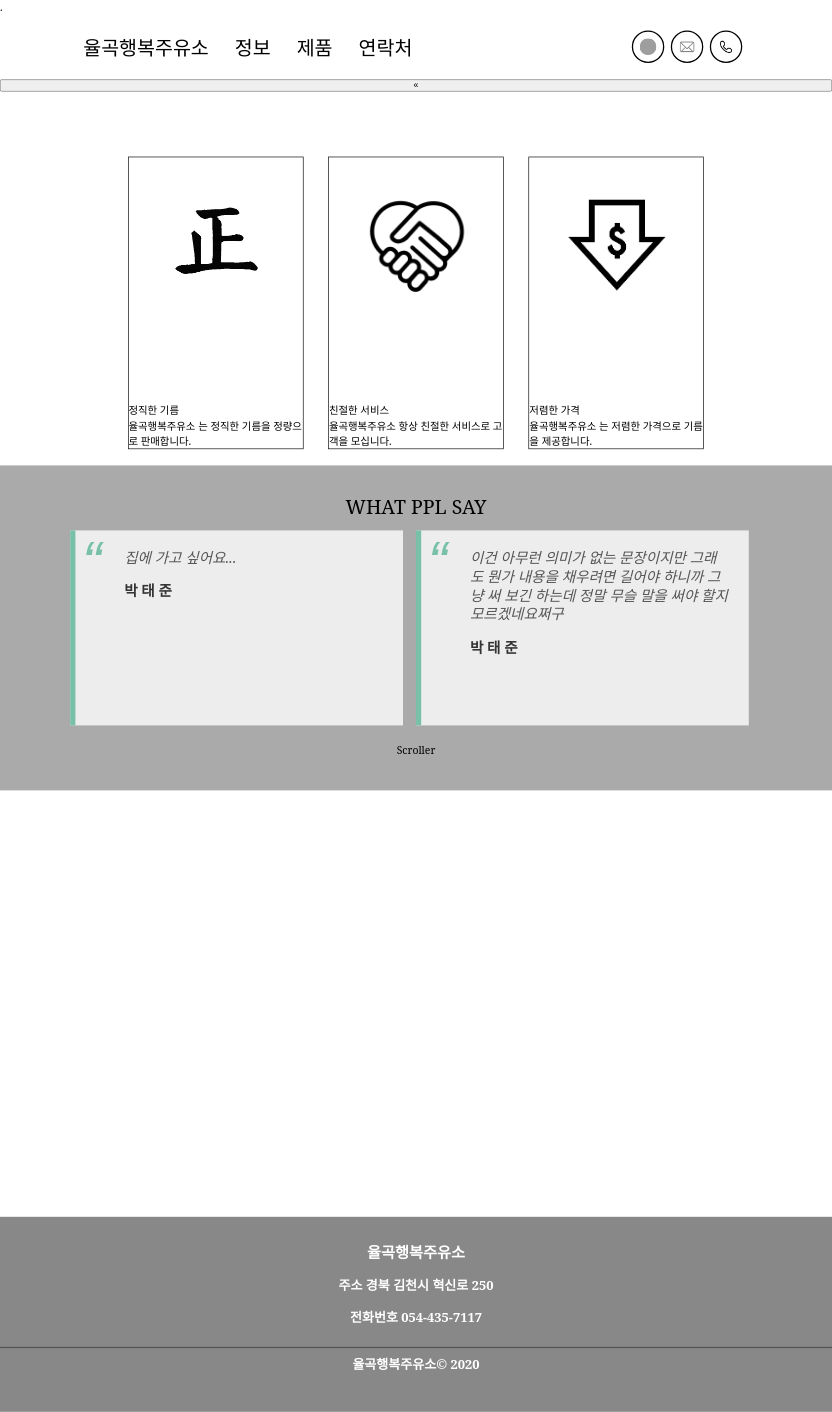
Repository: randomUser134923/pet-projects
Page: pet-projects/web1/index.html
The author's editor kept a record of every edit. The page is drawn from the files as they stood at one moment, then again after the next edit.
The browser window is 1280 px wide. The pictures show the whole page, at 65% of full size.
Pictures or frames that could not be fetched are drawn as grey boxes.

Above is the page before.

### pet-projects/web1/index.html
<!DOCTYPE html>
<html>
    <head>
        <meta charset="utf-8"/>
        <link rel="stylesheet" href="./css/style.css" type="text/css" />
        <link rel="stylesheet" href="./css/banner.css" type="text/css" />
          <link rel="stylesheet" href="https://cdnjs.cloudflare.com/ajax/libs/animate.css/4.1.1/animate.min.css" />
        <script type="text/javascript" src="./js/jquery-3.5.1.js"></script>
        <script src="https://cdnjs.cloudflare.com/ajax/libs/modernizr/2.8.3/modernizr.min.js"></script>.
        <script type="text/javascript" src="./js/banner.js"></script>


    </head>

    <body>
        <header>
            <div class="menu-wrapper">
                <ul class="menu-bar">
                    <li class="home_cont"><a href="#" class="home">율곡행복주유소</a></li>
                    <li class="about_cont"><a href="#" class="about">정보</a></li>
                    <li class="offer_cont"><a href="#" class="offer">제품</a></li>
                    <li class="contract_cont"><a href="#" class="contact">연락처</a></li>
                </ul>

                <ul class="icon-bar">
                    <li><img class="map-icon" src="./images/map.png" /></li>
                    <li><img class="mail-icon" src="./images/mail.png" /></li>
                    <li><img class="call-icon" src="./images/call.png" /></li>
                </ul>

            </div>

        </header>

        <div class="content-wrapper">
            <button onclick="prev()">&laquo;</button>
            <div class="scroller">
                <ul class="items">
                    <li class="item" style="background-image:url(./images/gas-station-1.jpg);"></li>
                    <li class="item" style="background-image:url(./images/img2.jpg);"></li>
                    <li class="item" style="background-image:url(./images/img3.jpg);"></li>
                </ul>
            </div>

            <div class="values">
                <div class="value1">
                    <div class ="value1-icon">
                        <img class= "value-icon-common" src="./images/honest.png"/>
                    </div>
                    <div class="value-text-container">
                        <div class="value-text-container-header">
                            정직한 기름
                        </div>
                        <div class="value-text-container-explain">
                            <p><span class="gas-station-name">율곡행복주유소</span> 는 정직한 기름을 정량으로 판매합니다.</p>
                        </div>
                    </div>
                </div>

                <div class="value2">
                    <div class ="value2-icon">
                        <img class= "value-icon-common" src="./images/kind.png"/>
                    </div>
                    <div class="value-text-container">
                        <div class="value-text-container-header">
                            친절한 서비스
                        </div>
                        <div class="value-text-container-explain">
                            <p><span class="gas-station-name">율곡행복주유소</span> 항상 친절한 서비스로 고객을 모십니다.</p>
                        </div>
                    </div>
                </div>

                <div class="value3">
                    <div class ="value3-icon">
                        <img class= "value-icon-common" src="./images/cheap.png"/>
                    </div>
                    <div class="value-text-container">
                        <div class="value-text-container-header">
                            저렴한 가격
                        </div>
                        <div class="value-text-container-explain">
                            <p><span class="gas-station-name">율곡행복주유소</span> 는 저렴한 가격으로 기름을 제공합니다.</p>
                        </div>
                    </div>
                </div>
            </div>

            <div class="reviews">
                <div class="review-text">
                    WHAT PPL SAY
                </div>

                <div class="review-box-wrapper">
                    <div class="review-box-1">
                        <blockquote>
                            집에 가고 싶어요...
                          <span>박 태 준</span>
                        </blockquote>
                    </div>

                    <div class="review-box-1">
                        <blockquote>
                            이건 아무런 의미가 없는 문장이지만 그래도 뭔가 내용을 채우려면 길어야 하니까 그냥 써 보긴 하는데 정말 무슬 말을 써야 할지 모르겠네요쩌구
                          <span>박 태 준</span>
                        </blockquote>
                    </div>
                </div>

                <div class="scroller">
                    Scroller
                </div>
            </div>

        </div>

        <footer>
            <div class="footer_explain">
                <h3> 율곡행복주유소 </h3>
                <p>
                    <span class="address">주소</span> 경북 김천시 혁신로 250<br>
                    <span class="phone">전화번호</span> 054-435-7117 <br>
                </p>
            </div>

            <div class="copyright">
                <span>율곡행복주유소</span><spanw>&copy</spanw> 2020
            </div>
        </footer>
    </body>
</html>

### pet-projects/web1/css/style.css
/* https://freefrontend.com/css-sliders/ */


* {
    padding: 0;
    margin:0;
    box-sizing: border-box;
}

@font-face { font-family: 'NanumBarunGothic';
src: url('/fonts/NanumBarunGothic.eot');
src: url('/fonts/NanumBarunGothic.eot') format('embedded-opentype'),
url('/fonts/NanumBarunGothic.woff') format('woff');}



header {
    display: flex;
    align-items: center;
    justify-content: center;
    height: 100px;
    width: 100%;
    background-color: #FFFFFF;
}

body {
    font-family: 'NanumGothic', 'serif';

}

ul {
    list-style-type: none;
    text-decoration: none;
}


a {
    text-decoration: none;
}

.menu-wrapper {
    display: flex;
    flex-direction: row;
    width: 80%;
    justify-content: space-between;
    align-items: center;
}

.menu-bar {
    display: flex;
    flex-direction: row;
    align-items: center;
}

.icon-bar {
    display: flex;
    flex-direction: row;
    align-items: center;
}

.map-icon , .call-icon , .mail-icon {
    display: flex;
    justify-content: center;
    align-items: center;
    width: 50px;
    height: 50px;
    padding: 10px;
    mix-blend-mode: multiply;
    border: 2px solid black;
    border-radius: 50px;
    margin-right: 10px;
}

.menu-bar li a {
    color: black;
}

.menu-bar li a:hover {
    color: blue;
}


.home , .about, .offer, .contact {
    display: flex;
    justify-content: center;
    align-items: center;
    font-size: 30px;
    margin-right: 40px;
}



.contact {
    margin-right: 0px;
}

.content-wrapper {
    position: relative;
    display: flex;
    flex-direction: column;
    height: 1750px;

}

/*                           Sliding banner                           */
.scroller {
    position: relative;
    display: flex;
    overflow:hidden;
    flex-wrap: nowrap;
    width: 100%;
    height: 750px;
}



/* ------------------------------------------------------------------- */

.values {
    display: flex;
    justify-content: center;
    align-items: center;
    height: 500px;
}


.value1 , .value2 , .value3 {
    position: relative;
    display:flex;
    justify-content: center;
    align-items: flex-end;
    border: 1px solid black;
    width: 270px;
    height: 90%;
    margin-right: 3%;
}

.value1-text-container {
    display:flex;;
    flex-direction: column;

    width: 80%;
    height: 50%;
}

.value1-text-container-header {
    display:flex;
    text-align: center;

}

.value1-text-container-explain {
    display:flex;
}


.value3 {
    margin-right:0px;
}

.value1-icon , .value2-icon , .value3-icon {
    position: absolute;
    left: 50px;
    top: 50px;
    display: flex;
    justify-content: center;
    align-items: center;

    width: 170px;
    height: 170px;
}

.value-icon-common {
    width: 150px;
    height: 150px;
    mix-blend-mode: multiply;
}

.reviews {
    display: flex;
    justify-content: center;
    align-items: center;
    flex-direction: column;
    height: 500px;
    background-color: #AAAAAA;
}

.review-text {
    display: flex;
    justify-content: center;
    align-items: center;
    height: 75px;
    font-size: 30px;

}

.review-box-wrapper {
    display: flex;
    justify-content: center;
    align-items: center;
    flex-direction: row;
    width: 100%;
    height: 300px;

}

.review-box-1 {
    margin-right: 20px;
}

.review-box-1 , .review-box-2 {
    display: flex;
    justify-content: center;
    align-items: center;
    width: 40%;
    height: 100%;
}

blockquote{
  font-size: 1.4em;
  width:100%;
  height: 100%;
  margin:50px auto;
  font-style:italic;
  color: #555555;
  padding:1.2em 30px 1.2em 75px;
  border-left:8px solid #78C0A8 ;
  line-height:1.3;
  position: relative;
  background:#EDEDED;
}

blockquote::before{
  font-family:Arial;
  content: "\201C";
  color:#78C0A8;
  font-size:4em;
  position: absolute;
  left: 10px;
  top:-10px;
}

blockquote::after{
  content: '';
}

blockquote span{
  display:block;
  color:#333333;
  font-style: normal;
  font-weight: bold;
  margin-top:1em;
}


.scroller {
    display: flex;
    justify-content: center;
    align-items: center;
    height: 75px;
}
footer {
    height: 300px;
    font-size: 20px;
    text-align: center;
    color: white;
    background-color: #888888;
    font-weight: bold;
    line-height: 50px;
    vertical-align: middle;
}

.footer_explain {
    padding-top: 30px;
    height: 200px;
}

.copyright {
    height: 100px;
    border-top: 2px solid #555555;

}

### pet-projects/web1/css/banner.css

i {
    margin: 0;
	padding: 0;
	border: 0;
	font-size: 100%;
	font: inherit;
	vertical-align: baseline;
}


#slides{
  position: relative;
  width: 100%;
  padding: 0;
  margin: 0;
}

.slide{
  height:100%;
  position: relative;
  left: 0;
  top: 0;
  width: 100%;
  opacity: 0;
  transition: opacity 1s;
  background-size: cover;
}

.showing{
  opacity: 1;
  z-index: 2;
}

.slide1{
  background-image: url("../images/img1.jpg")
}

.slide2{
  background-image: url(("../images/img2.jpg)
}

.slide3{
  background-image: url(("../images/img3.jpg")
}



.arrow{
  color: #fff;
  z-index: 3;
  position: absolute;
  top: 80%;
  transition: color 1s;
    font-size: 30px;
}

.arrow:hover{
  cursor: pointer;
  color: #444;

}

.arrow-next{
  left: 20%;
}

.arrow-prev{
  right: 20%;
}



@media(min-width: 750px){

    .arrow-next{
      left: 40%;
    }

    .arrow-prev{
      right: 40%;
    }

}

Loaded but not shown: pet-projects/web1/js/jquery-3.5.1.js (library); pet-projects/web1/js/banner.js (no stored copy; drawn as an empty file)

After the next edit:
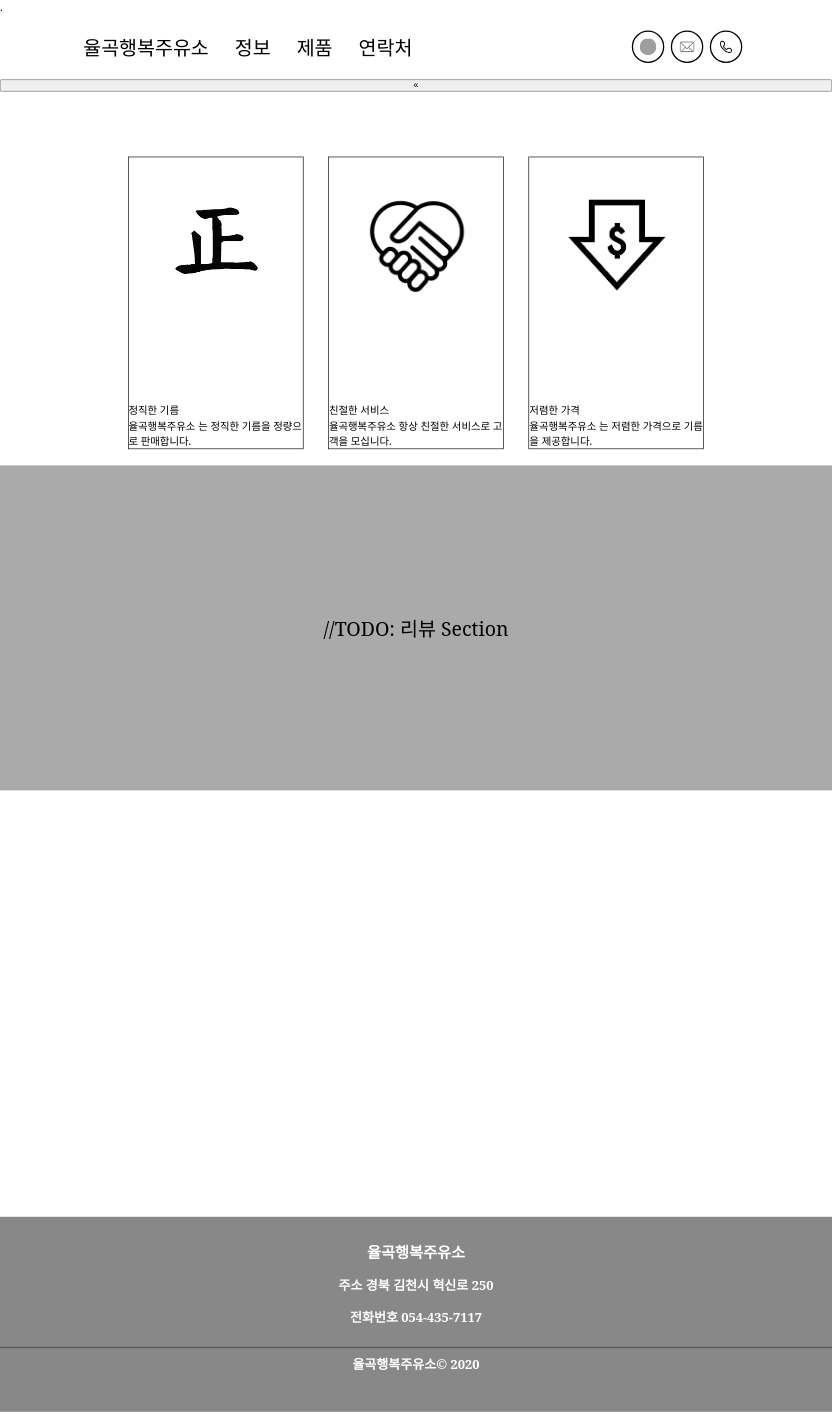
The edit:
--- a/pet-projects/web1/index.html
+++ b/pet-projects/web1/index.html
@@ -88,27 +88,7 @@
 
             <div class="reviews">
                 <div class="review-text">
-                    WHAT PPL SAY
-                </div>
-
-                <div class="review-box-wrapper">
-                    <div class="review-box-1">
-                        <blockquote>
-                            집에 가고 싶어요...
-                          <span>박 태 준</span>
-                        </blockquote>
-                    </div>
-
-                    <div class="review-box-1">
-                        <blockquote>
-                            이건 아무런 의미가 없는 문장이지만 그래도 뭔가 내용을 채우려면 길어야 하니까 그냥 써 보긴 하는데 정말 무슬 말을 써야 할지 모르겠네요쩌구
-                          <span>박 태 준</span>
-                        </blockquote>
-                    </div>
-                </div>
-
-                <div class="scroller">
-                    Scroller
+                    //TODO: 리뷰 Section
                 </div>
             </div>
 
